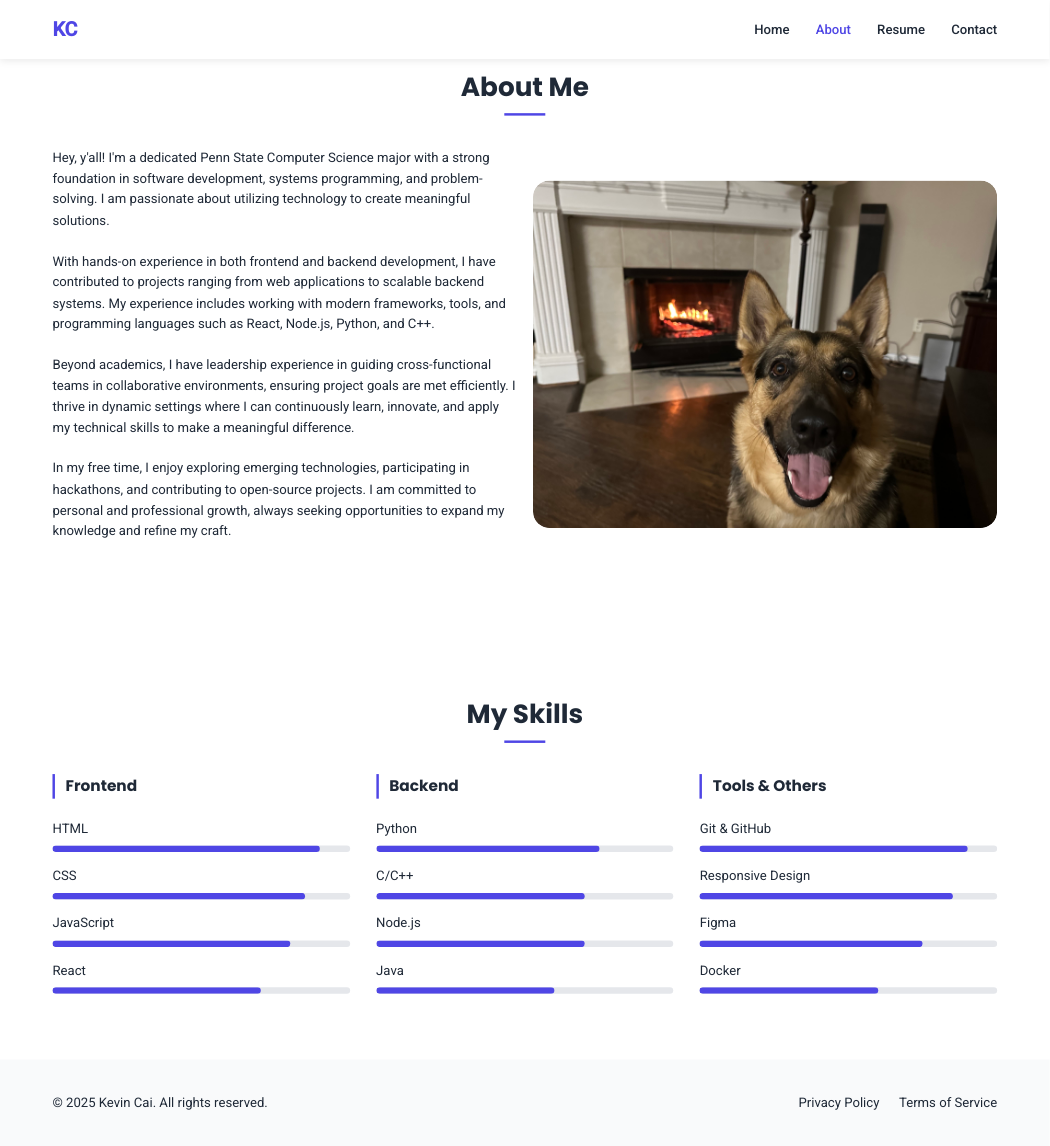
Repository: itskevbo/E-Portfolio
Page: pages/about.html
These files come from the project's save history. The page is drawn as it stood at one moment and after the next save; the edit follows.
The browser window is 1280 px wide. The pictures show the whole page, at 82% of full size.

Above is the page before, as saved 2025-04-22 23:27:50.

### pages/about.html
<!DOCTYPE html>
<html lang="en">
<head>
    <meta charset="UTF-8">
    <meta name="viewport" content="width=device-width, initial-scale=1.0">
    <title>Kevin Cai | About Me</title>
    <meta name="description" content="Learn more about Kevin Cai and his background">

    <!-- Favicon -->
    <link rel="icon" href="../assets/images/favicon.ico">

    <!-- CSS -->
    <link rel="stylesheet" href="../styles/main.css">

    <!-- Google Fonts -->
    <link rel="preconnect" href="https://fonts.googleapis.com">
    <link rel="preconnect" href="https://fonts.gstatic.com" crossorigin>
    <link href="https://fonts.googleapis.com/css2?family=Poppins:wght@300;400;500;700&family=Roboto:wght@400;500&display=swap" rel="stylesheet">

    <!-- Scroll Reveal (ScrollReveal.js) -->
    <script src="https://unpkg.com/scrollreveal@4.0.9/dist/scrollreveal.min.js"></script>
</head>
<body>
    <!-- Header Component -->
    <header class="header" id="header">
        <div class="container">
            <div class="header__logo">
                <a href="../index.html" class="logo">KC</a>
            </div>

            <nav class="header__nav" id="nav-menu">
                <ul class="header__nav-list">
                    <li class="header__nav-item"><a href="../index.html" class="header__nav-link">Home</a></li>
                    <li class="header__nav-item"><a href="about.html" class="header__nav-link active">About</a></li>
                    <li class="header__nav-item"><a href="resume.html" class="header__nav-link">Resume</a></li>
                    <li class="header__nav-item"><a href="contact.html" class="header__nav-link">Contact</a></li>
                </ul>

                <div class="header__nav-toggle" id="nav-toggle">
                    <span></span>
                    <span></span>
                    <span></span>
                </div>
            </nav>
        </div>
    </header>

    <main>
        <!-- About Section Component -->
        <section class="about section" id="about">
            <div class="container">
            <h2 class="section__title">About Me</h2>
                <div class="about__content" style="display: flex; align-items: center; gap: 20px;">
                    <div class="about__text" style="flex: 1;">
                        <p>Hey, y'all! I'm a dedicated Penn State Computer Science major with a strong foundation in software development, systems programming, and problem-solving. I am passionate about utilizing technology to create meaningful solutions.</p>
                        <p>With hands-on experience in both frontend and backend development, I have contributed to projects ranging from web applications to scalable backend systems. My experience includes working with modern frameworks, tools, and programming languages such as React, Node.js, Python, and C++.</p>
                        <p>Beyond academics, I have leadership experience in guiding cross-functional teams in collaborative environments, ensuring project goals are met efficiently. I thrive in dynamic settings where I can continuously learn, innovate, and apply my technical skills to make a meaningful difference.</p>
                        <p>In my free time, I enjoy exploring emerging technologies, participating in hackathons, and contributing to open-source projects. I am committed to personal and professional growth, always seeking opportunities to expand my knowledge and refine my craft.</p>
                    </div>
                    <div class="about__image" style="flex: 1; overflow: hidden; border-radius: 20px; display: flex; justify-content: center; align-items: center;">
                        <img src="../assets/images/placeholder.jpeg" alt="About Image" class="about__image-img" style="width: 100%; height: auto; object-fit: cover; border-radius: inherit;">
                    </div>
                </div>
            </div>
        </section>

        <!-- Skills Section Component -->
        <section class="skills section" id="skills">
            <div class="container">
                <h2 class="section__title">My Skills</h2>
                <div class="skills__content">
                    <div class="skills__category">
                        <h3 class="skills__category-title">Frontend</h3>
                        <div class="skills__list">
                            <div class="skill-item">
                                <span class="skill-item__name">HTML</span>
                                <div class="skill-item__bar">
                                    <div class="skill-item__progress" style="width: 90%"></div>
                                </div>
                            </div>
                            <div class="skill-item">
                                <span class="skill-item__name">CSS</span>
                                <div class="skill-item__bar">
                                    <div class="skill-item__progress" style="width: 85%"></div>
                                </div>
                            </div>
                            <div class="skill-item">
                                <span class="skill-item__name">JavaScript</span>
                                <div class="skill-item__bar">
                                    <div class="skill-item__progress" style="width: 80%"></div>
                                </div>
                            </div>
                            <div class="skill-item">
                                <span class="skill-item__name">React</span>
                                <div class="skill-item__bar">
                                    <div class="skill-item__progress" style="width: 70%"></div>
                                </div>
                            </div>
                        </div>
                    </div>

                    <div class="skills__category">
                        <h3 class="skills__category-title">Backend</h3>
                        <div class="skills__list">
                            <div class="skill-item">
                                <span class="skill-item__name">Python</span>
                                <div class="skill-item__bar">
                                    <div class="skill-item__progress" style="width: 75%"></div>
                                </div>
                            </div>
                            <div class="skill-item">
                                <span class="skill-item__name">C/C++</span>
                                <div class="skill-item__bar">
                                    <div class="skill-item__progress" style="width: 70%"></div>
                                </div>
                            </div>
                            <div class="skill-item">
                                <span class="skill-item__name">Node.js</span>
                                <div class="skill-item__bar">
                                    <div class="skill-item__progress" style="width: 70%"></div>
                                </div>
                            </div>
                            <div class="skill-item">
                                <span class="skill-item__name">Java</span>
                                <div class="skill-item__bar">
                                    <div class="skill-item__progress" style="width: 60%"></div>
                                </div>
                            </div>
                        </div>
                    </div>

                    <div class="skills__category">
                        <h3 class="skills__category-title">Tools & Others</h3>
                        <div class="skills__list">
                            <div class="skill-item">
                                <span class="skill-item__name">Git & GitHub</span>
                                <div class="skill-item__bar">
                                    <div class="skill-item__progress" style="width: 90%"></div>
                                </div>
                            </div>
                            <div class="skill-item">
                                <span class="skill-item__name">Responsive Design</span>
                                <div class="skill-item__bar">
                                    <div class="skill-item__progress" style="width: 85%"></div>
                                </div>
                            </div>
                            <div class="skill-item">
                                <span class="skill-item__name">Figma</span>
                                <div class="skill-item__bar">
                                    <div class="skill-item__progress" style="width: 75%"></div>
                                </div>
                            </div>
                            <div class="skill-item">
                                <span class="skill-item__name">Docker</span>
                                <div class="skill-item__bar">
                                    <div class="skill-item__progress" style="width: 60%"></div>
                                </div>
                            </div>
                        </div>
                    </div>
                </div>
            </div>
        </section>
    </main>

    <!-- Footer Component -->
    <footer class="footer">
        <div class="container">
            <div class="footer__content">
                <p>&copy; 2025 Kevin Cai. All rights reserved.</p>
                <div class="footer__links">
                    <a href="#" class="footer__link">Privacy Policy</a>
                    <a href="#" class="footer__link">Terms of Service</a>
                </div>
            </div>
        </div>
    </footer>

    <!-- JS -->
    <script src="../scripts/main.js"></script>
</body>
</html>

### styles/main.css
/*=============== VARIABLES ===============*/
:root {
    /* Colors */
    --primary-color: #4f46e5;
    --primary-color-alt: #2f24a5;
    --secondary-color: #3b82f6;
    --accent-color: #8b5cf6;
    --text-color: #1f2937;
    --text-color-light: #6b7280;
    --body-color: #ffffff;
    --container-color: #f9fafb;
    --border-color: #e5e7eb;
    --success-color: #10b981;
    --error-color: #ef4444;

    /* Typography */
    --body-font: 'Roboto', sans-serif;
    --heading-font: 'Poppins', sans-serif;
    --h1-font-size: 2.5rem;
    --h2-font-size: 2rem;
    --h3-font-size: 1.5rem;
    --normal-font-size: 1rem;
    --small-font-size: 0.875rem;
    --smaller-font-size: 0.75rem;

    /* Font weights */
    --font-light: 300;
    --font-regular: 400;
    --font-medium: 500;
    --font-bold: 700;

    /* Z-index */
    --z-tooltip: 10;
    --z-fixed: 100;

    /* Transitions */
    --transition: all 0.3s ease;
}

/*=============== BASE ===============*/
* {
    margin: 0;
    padding: 0;
    box-sizing: border-box;
}

html {
    scroll-behavior: smooth;
}

body {
    font-family: var(--body-font);
    font-size: var(--normal-font-size);
    color: var(--text-color);
    background-color: var(--body-color);
    line-height: 1.6;
}

h1, h2, h3 {
    font-family: var(--heading-font);
    font-weight: var(--font-bold);
    color: var(--text-color);
}

ul {
    list-style: none;
}

a {
    text-decoration: none;
    color: var(--text-color);
    transition: var(--transition);
}

a:hover {
    color: var(--primary-color);
}

img {
    max-width: 100%;
    height: auto;
}

button,
input,
textarea {
    font-family: var(--body-font);
    font-size: var(--normal-font-size);
    outline: none;
    border: none;
}

button {
    cursor: pointer;
    background: none;
}

/*=============== REUSABLE CLASSES ===============*/
.container {
    max-width: 1200px;
    margin: 0 auto;
    padding: 0 1.5rem;
}

.section {
    padding: 5rem 0;
}

.section__title {
    font-size: var(--h2-font-size);
    text-align: center;
    margin-bottom: 3rem;
    position: relative;
}

.section__title::after {
    content: '';
    position: absolute;
    width: 50px;
    height: 3px;
    background-color: var(--primary-color);
    bottom: -10px;
    left: 50%;
    transform: translateX(-50%);
}

.highlight {
    color: var(--primary-color);
}

.grid {
    display: grid;
    gap: 1.5rem;
}

/*=============== BUTTONS ===============*/
.btn {
    display: inline-flex;
    align-items: center;
    justify-content: center;
    padding: 0.75rem 1.5rem;
    border-radius: 0.5rem;
    font-weight: var(--font-medium);
    transition: var(--transition);
}

.btn-primary {
    background-color: var(--primary-color);
    color: white;
}

.btn-primary:hover {
    background-color: var(--primary-color-alt);
    color: white;
}

.btn-outline {
    border: 2px solid var(--primary-color);
    color: var(--primary-color);
}

.btn-outline:hover {
    background-color: var(--primary-color);
    color: white;
}

/*=============== HEADER & NAV ===============*/
.header {
    position: fixed;
    top: 0;
    left: 0;
    width: 100%;
    background-color: var(--body-color);
    box-shadow: 0 2px 10px rgba(0, 0, 0, 0.1);
    z-index: var(--z-fixed);
}

.header .container {
    display: flex;
    align-items: center;
    justify-content: space-between;
    height: 4.5rem;
}

.header__logo .logo {
    font-size: 1.5rem;
    font-weight: var(--font-bold);
    color: var(--primary-color);
}

.header__nav {
    display: flex;
    align-items: center;
}

.header__nav-list {
    display: flex;
    gap: 2rem;
}

.header__nav-link {
    font-weight: var(--font-medium);
}

.header__nav-link.active {
    color: var(--primary-color);
}

.header__nav-toggle {
    display: none;
    flex-direction: column;
    gap: 5px;
    cursor: pointer;
}

.header__nav-toggle span {
    width: 25px;
    height: 2px;
    background-color: var(--text-color);
    transition: var(--transition);
}

/*=============== HERO ===============*/
.hero {
    min-height: 100vh;
    display: flex;
    align-items: center;
    padding-top: 4.5rem;
}

.hero .container {
    display: grid;
    grid-template-columns: 1fr 1fr;
    align-items: center;
    gap: 2.5rem;
}

.hero__title {
    font-size: var(--h1-font-size);
    margin-bottom: 1rem;
}

.hero__subtitle {
    font-size: var(--h3-font-size);
    color: var(--primary-color);
    margin-bottom: 1.5rem;
}

.hero__description {
    margin-bottom: 2rem;
    max-width: 400px;
}

.hero__actions {
    display: flex;
    gap: 1rem;
}

.hero__image-placeholder {
    background-color: var(--border-color);
    border-radius: 1rem;
    height: 400px;
    width: 100%;
}

/*=============== ABOUT ===============*/
.about__content {
    display: grid;
    grid-template-columns: 1fr 1fr;
    gap: 2.5rem;
    align-items: center;
}

.about__text p {
    margin-bottom: 1.5rem;
}

.about__image-placeholder {
    background-color: var(--border-color);
    border-radius: 1rem;
    height: 400px;
    width: 100%;
}

/*=============== PROJECTS ===============*/
.projects__filter {
    display: flex;
    justify-content: center;
    flex-wrap: wrap;
    gap: 1rem;
    margin-bottom: 2rem;
}

.projects__filter-btn {
    padding: 0.5rem 1.5rem;
    border-radius: 0.5rem;
    color: var(--text-color);
    font-weight: var(--font-medium);
    transition: var(--transition);
}

.projects__filter-btn:hover,
.projects__filter-btn.active {
    background-color: var(--primary-color);
    color: white;
}

.projects__grid {
    display: grid;
    grid-template-columns: repeat(auto-fill, minmax(280px, 1fr));
    gap: 2rem;
}

.project-card {
    background-color: var(--container-color);
    border-radius: 1rem;
    overflow: hidden;
    box-shadow: 0 4px 15px rgba(0, 0, 0, 0.1);
    transition: var(--transition);
}

.project-card:hover {
    transform: translateY(-10px);
    box-shadow: 0 10px 25px rgba(0, 0, 0, 0.2);
}

.project-card__image-placeholder {
    background-color: var(--border-color);
    height: 200px;
    width: 100%;
}

.project-card__content {
    padding: 1.5rem;
}

.project-card__title {
    margin-bottom: 0.75rem;
}

.project-card__description {
    color: var(--text-color-light);
    margin-bottom: 1rem;
}

.project-card__tags {
    display: flex;
    flex-wrap: wrap;
    gap: 0.5rem;
    margin-bottom: 1rem;
}

.tag {
    background-color: rgba(79, 70, 229, 0.1);
    color: var(--primary-color);
    padding: 0.25rem 0.75rem;
    border-radius: 0.5rem;
    font-size: var(--small-font-size);
}

.project-card__links {
    display: flex;
    gap: 1rem;
}

.project-card__link {
    color: var(--text-color-light);
}

.project-card__link:hover {
    color: var(--primary-color);
}

/*=============== SKILLS ===============*/
.skills__content {
    display: grid;
    grid-template-columns: repeat(auto-fit, minmax(300px, 1fr));
    gap: 2rem;
}

.skills__category-title {
    margin-bottom: 1.5rem;
    position: relative;
    display: inline-block;
    padding-left: 1rem;
}

.skills__category-title::before {
    content: '';
    position: absolute;
    width: 3px;
    height: 100%;
    background-color: var(--primary-color);
    left: 0;
    top: 0;
}

.skills__list {
    display: grid;
    gap: 1rem;
}

.skill-item {
    display: grid;
    gap: 0.5rem;
}

.skill-item__name {
    display: flex;
    justify-content: space-between;
}

.skill-item__bar {
    width: 100%;
    height: 8px;
    background-color: var(--border-color);
    border-radius: 1rem;
    overflow: hidden;
}

.skill-item__progress {
    height: 100%;
    background-color: var(--primary-color);
    border-radius: 1rem;
}

/*=============== CONTACT ===============*/
.contact__content {
    display: grid;
    grid-template-columns: 1fr 2fr;
    gap: 2.5rem;
}

.contact__info {
    display: grid;
    gap: 2rem;
}

.contact__info-item {
    display: flex;
    align-items: center;
    gap: 1rem;
}

.contact__social {
    display: flex;
    gap: 1rem;
}

.contact__social-link {
    display: flex;
    align-items: center;
    justify-content: center;
    width: 40px;
    height: 40px;
    border-radius: 50%;
    background-color: var(--container-color);
    color: var(--text-color);
    transition: var(--transition);
}

.contact__social-link:hover {
    background-color: var(--primary-color);
    color: white;
}

.contact__form {
    display: grid;
    gap: 1.5rem;
}

.form-group {
    display: grid;
    gap: 0.5rem;
}

.form-group label {
    font-weight: var(--font-medium);
}

.form-group input,
.form-group textarea {
    width: 100%;
    padding: 0.75rem 1rem;
    border: 1px solid var(--border-color);
    border-radius: 0.5rem;
    background-color: var(--container-color);
    transition: var(--transition);
}

.form-group input:focus,
.form-group textarea:focus {
    border-color: var(--primary-color);
}

.form-group textarea {
    height: 150px;
    resize: none;
}

/*=============== FOOTER ===============*/
.footer {
    background-color: var(--container-color);
    padding: 2.5rem 0;
}

.footer__content {
    display: flex;
    justify-content: space-between;
    align-items: center;
}

.footer__links {
    display: flex;
    gap: 1.5rem;
}

/*=============== PAGE TRANSITIONS ===============*/
/** Simple page transitions for now
 *  My goal is to try to add more complex animations later
 */
.page-transition {
    animation: fadeIn 1.0s ease forwards;
}

@keyframes fadeIn {
    from {
        opacity: 0;
    }
    to {
        opacity: 1;
    }
}

@keyframes fadeOut {
    from {
        opacity: 1;
    }
    to {
        opacity: 0;
    }
}

.fade-out {
    animation: fadeOut 1.0s ease forwards;
}

/*=============== MEDIA QUERIES ===============*/
/* For medium devices */
@media screen and (max-width: 968px) {
    :root {
        --h1-font-size: 2.25rem;
        --h2-font-size: 1.75rem;
        --h3-font-size: 1.25rem;
    }

    .hero .container,
    .about__content {
        grid-template-columns: 1fr;
    }

    .hero__image {
        grid-row: 1;
    }

    .contact__content {
        grid-template-columns: 1fr;
    }
}

/* For small devices */
@media screen and (max-width: 768px) {
    .header__nav-list {
        position: fixed;
        top: 4.5rem;
        right: -100%;
        background-color: var(--body-color);
        width: 80%;
        height: 100vh;
        flex-direction: column;
        align-items: center;
        justify-content: center;
        padding: 3rem 0;
        box-shadow: -5px 0 15px rgba(0, 0, 0, 0.1);
        transition: var(--transition);
    }

    .header__nav-list.show-menu {
        right: 0;
    }

    .header__nav-toggle {
        display: flex;
    }

    .header__nav-toggle.active span:nth-child(1) {
        transform: rotate(45deg) translate(5px, 5px);
    }

    .header__nav-toggle.active span:nth-child(2) {
        opacity: 0;
    }

    .header__nav-toggle.active span:nth-child(3) {
        transform: rotate(-45deg) translate(5px, -5px);
    }

    .footer__content {
        flex-direction: column;
        gap: 1rem;
    }
}

/* For smaller devices */
@media screen and (max-width: 350px) {
    :root {
        --h1-font-size: 2rem;
        --h2-font-size: 1.5rem;
        --h3-font-size: 1.25rem;
    }

    .container {
        padding: 0 1rem;
    }

    .hero__actions {
        flex-direction: column;
        width: 100%;
    }

    .hero__actions .btn {
        width: 100%;
        text-align: center;
    }

    .projects__filter {
        flex-direction: column;
        width: 100%;
    }
}

Loaded but not shown: scripts/main.js (256 lines, source omitted)

After the next save:
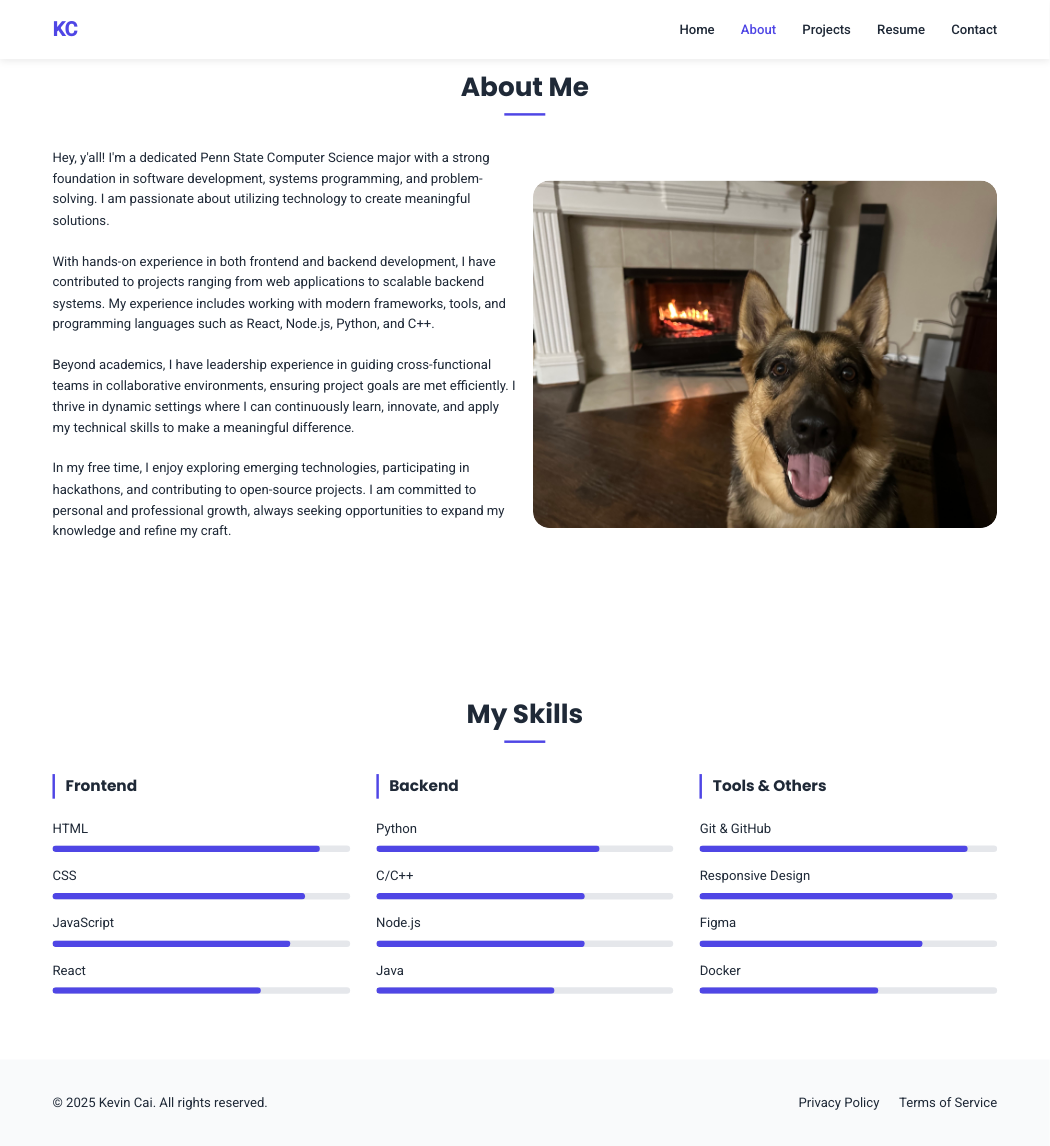
Saved 4 s later.
--- a/pages/about.html
+++ b/pages/about.html
@@ -32,6 +32,7 @@
                 <ul class="header__nav-list">
                     <li class="header__nav-item"><a href="../index.html" class="header__nav-link">Home</a></li>
                     <li class="header__nav-item"><a href="about.html" class="header__nav-link active">About</a></li>
+                    <li class="header__nav-item"><a href="pages/projects.html" class="header__nav-link">Projects</a></li>
                     <li class="header__nav-item"><a href="resume.html" class="header__nav-link">Resume</a></li>
                     <li class="header__nav-item"><a href="contact.html" class="header__nav-link">Contact</a></li>
                 </ul>
